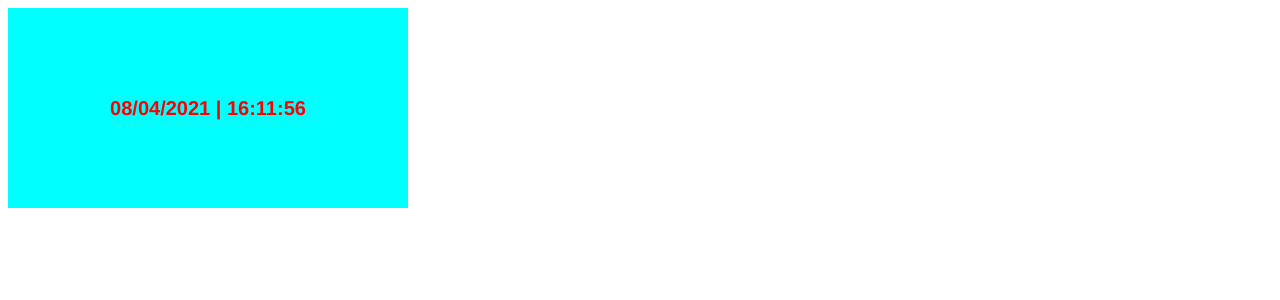
Repository: Widzisz/zadania-JavaScript
Page: www/index.html
The author's editor kept a copy of each file at every save. The page is drawn from the files as they stood at one save, then again after the next save.
The browser window is 1280 px wide. The pictures show the whole page.

Above is the page before, as saved 2021-04-08 18:33:09.

### www/index.html
<!DOCTYPE HTML>
<html lang="pl">

<head>
	<meta charset="utf-8" />
	<link rel="stylesheet" href="main.css">
	<title>Odliczanie czasu</title>

	<script type="text/javascript" src="timer.js">
	</script>

</head>

<body onload="timer()">

	<div class="container">
		<div id="zegar"></div>
	</div>

	<script type="text/javascript">
	</script>

</body>

</html>

### www/main.css
.container {
  display: flex;
  justify-content: center;
  align-items: center;
  height: 200px;
  width: 400px;
  background-color: aqua;
  font-size: 20px;
}

#zegar {
    font-family: 'Franklin Gothic Medium', 'Arial Narrow', Arial, sans-serif;
    font-size: 1em;
    font-weight: bold;
    color: red;

}

### www/timer.js







function timer() {
	let today = new Date();

	let day = today.getDate();
	if (day < 10) {
		day = "0" + day;
	}
	let month = today.getMonth() + 1;
	if (month < 10) {
		month = "0" + month;
	}
	let year = today.getFullYear();

	let hours = today.getHours();
	if (hours < 10) {
		hours = "0" + hours;
	}
	let minutes = today.getMinutes();
	if (minutes < 10) {
		minutes = "0" + minutes;
	}
	let seconds = today.getSeconds();
	if (seconds < 10) {
		seconds = "0" + seconds;
	}

	document.getElementById("zegar").innerHTML = day + "/" + month + "/" + year
		+ " " + "|" + " " + hours + ":" + minutes + ":" + seconds;

	setTimeout("timer()", 1000);
}


























































// function odliczanie() {
// 	var dzisiaj = new Date();

// 	var dzien = dzisiaj.getDate();
// 	var miesiac = dzisiaj.getMonth() + 1;
// 	var rok = dzisiaj.getFullYear();

// 	var godzina = dzisiaj.getHours();
// 	if (godzina < 10) godzina = "0" + godzina;

// 	var minuta = dzisiaj.getMinutes();
// 	if (minuta < 10) minuta = "0" + minuta;

// 	var sekunda = dzisiaj.getSeconds();
// 	if (sekunda < 10) sekunda = "0" + sekunda;

// 	document.getElementById("zegar").innerHTML =
// 		dzien + "/" + miesiac + "/" + rok + " | " + godzina + ":" + minuta + ":" + sekunda;

// 	setTimeout("odliczanie()", 1000);
// }

After the next save:
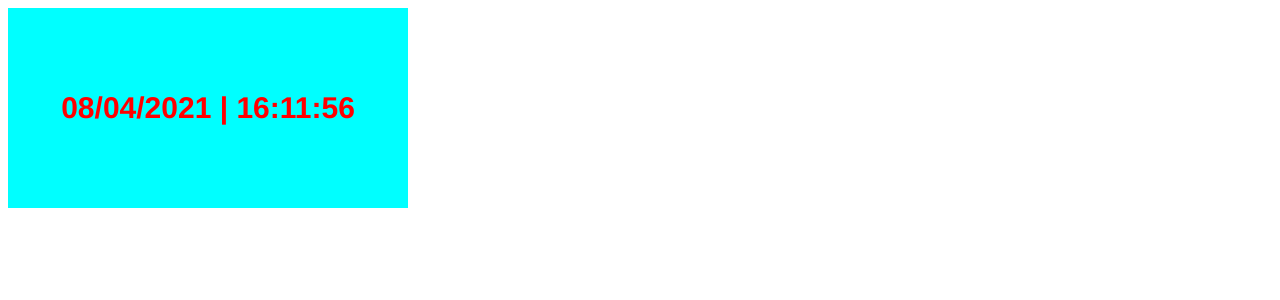
Saved 7 s later.
--- a/www/main.css
+++ b/www/main.css
@@ -10,7 +10,7 @@
 
 #zegar {
     font-family: 'Franklin Gothic Medium', 'Arial Narrow', Arial, sans-serif;
-    font-size: 1em;
+    font-size: 1.5em;
     font-weight: bold;
     color: red;
 
